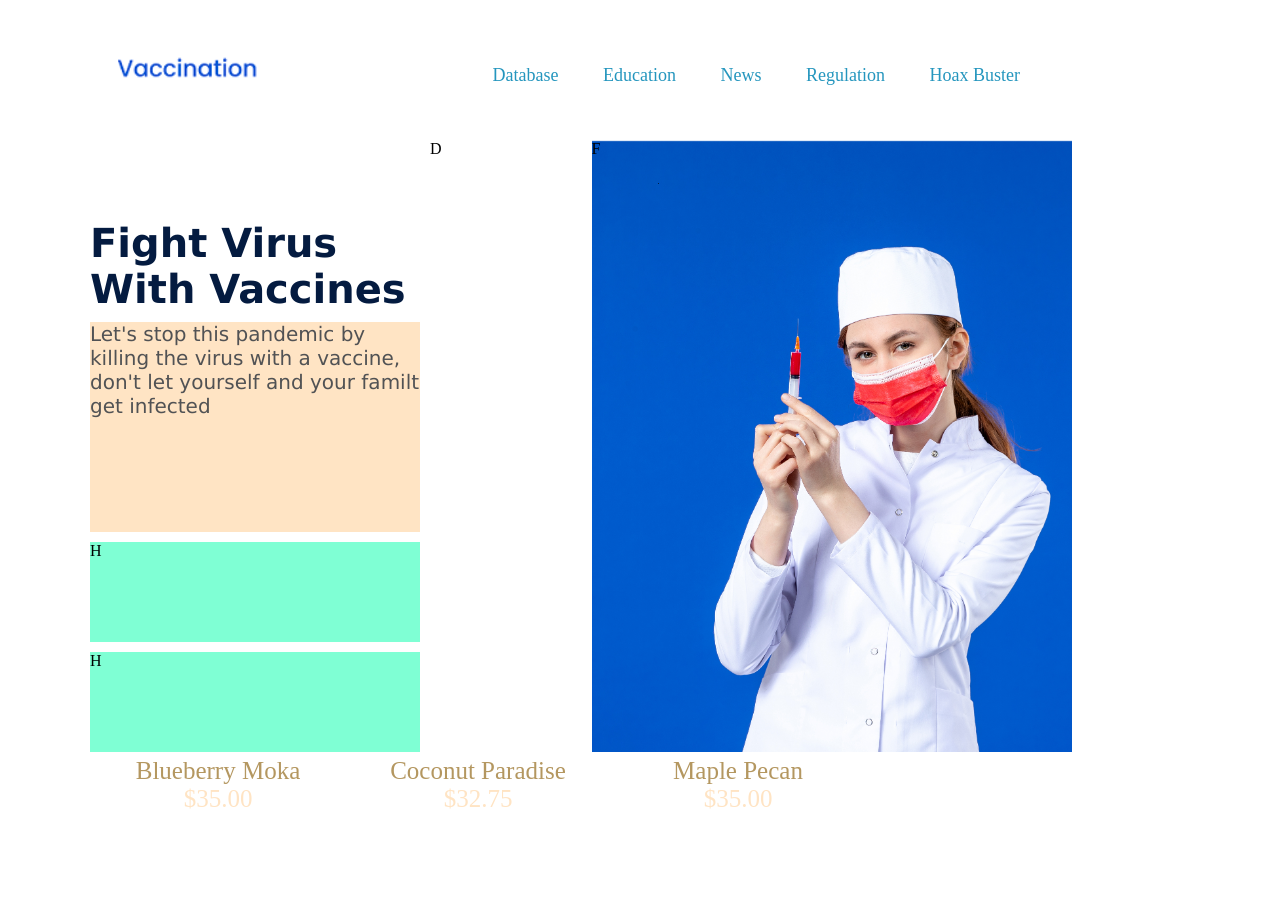
Repository: roge64/cssfrontend
Page: index.html
The author's editor kept a copy of each file at every save. The page is drawn from the files as they stood at one save, then again after the next save.
The browser window is 1280 px wide. The pictures show the part of the page from y = 0 to 912 px (the page is 2228 px tall).
A picture or video elsewhere on the page could not be fetched, so the positions and the page height are approximate.

Above is the page before, as saved 2022-03-10 12:38:10.

After the next save:
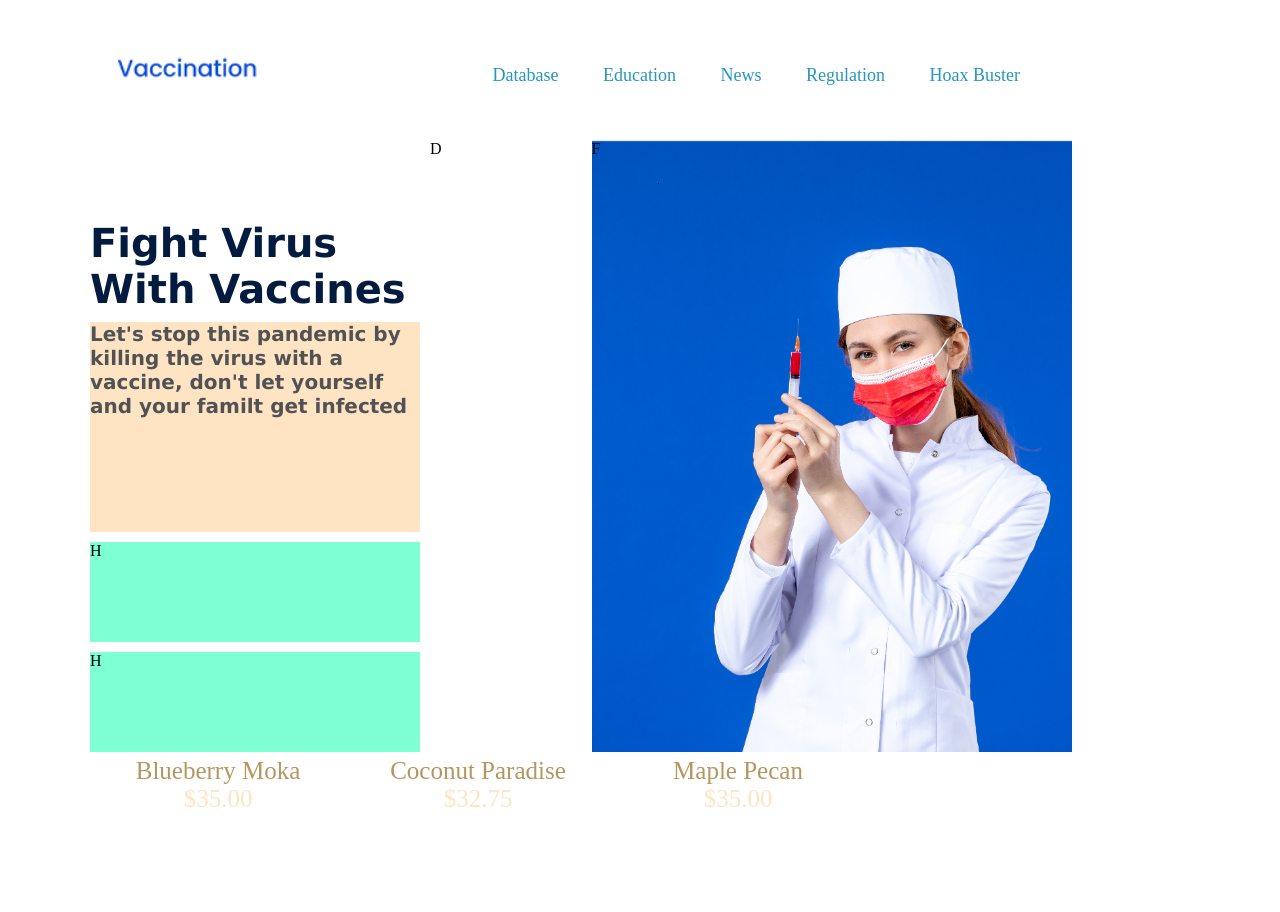
Saved 27 s later.
--- a/estilos/estilos.css
+++ b/estilos/estilos.css
@@ -292,7 +292,7 @@
     background-color:bisque;
     font-family:Verdana, Geneva, Tahoma, sans-serif;
     font-size: 20px;
-    font-weight: 600px;
+    font-weight: 600;
     font-stretch: expanded;
   }
   .h {

After the save that followed:
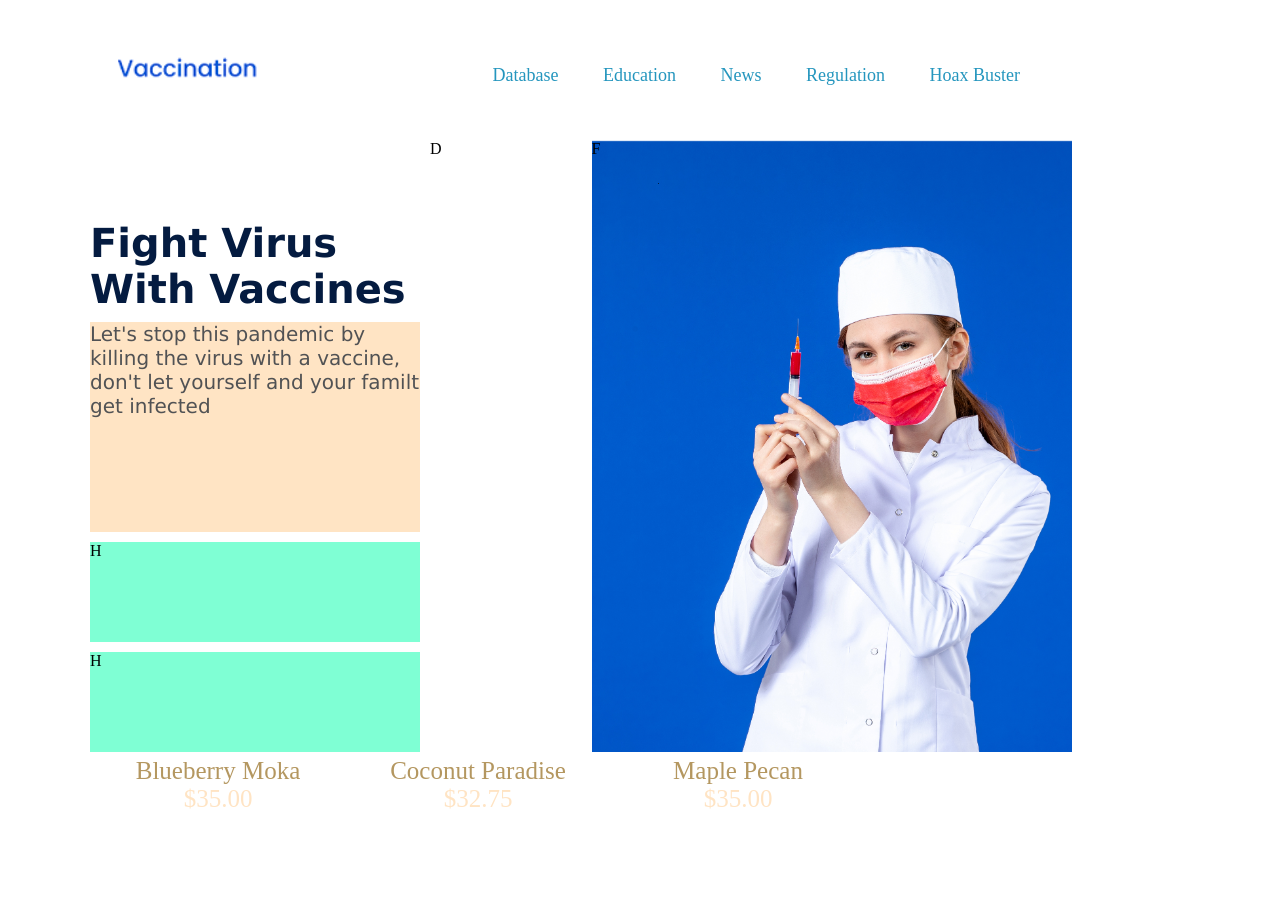
Saved 9 s later.
--- a/estilos/estilos.css
+++ b/estilos/estilos.css
@@ -292,7 +292,7 @@
     background-color:bisque;
     font-family:Verdana, Geneva, Tahoma, sans-serif;
     font-size: 20px;
-    font-weight: 600;
+    font-weight: 400;
     font-stretch: expanded;
   }
   .h {
